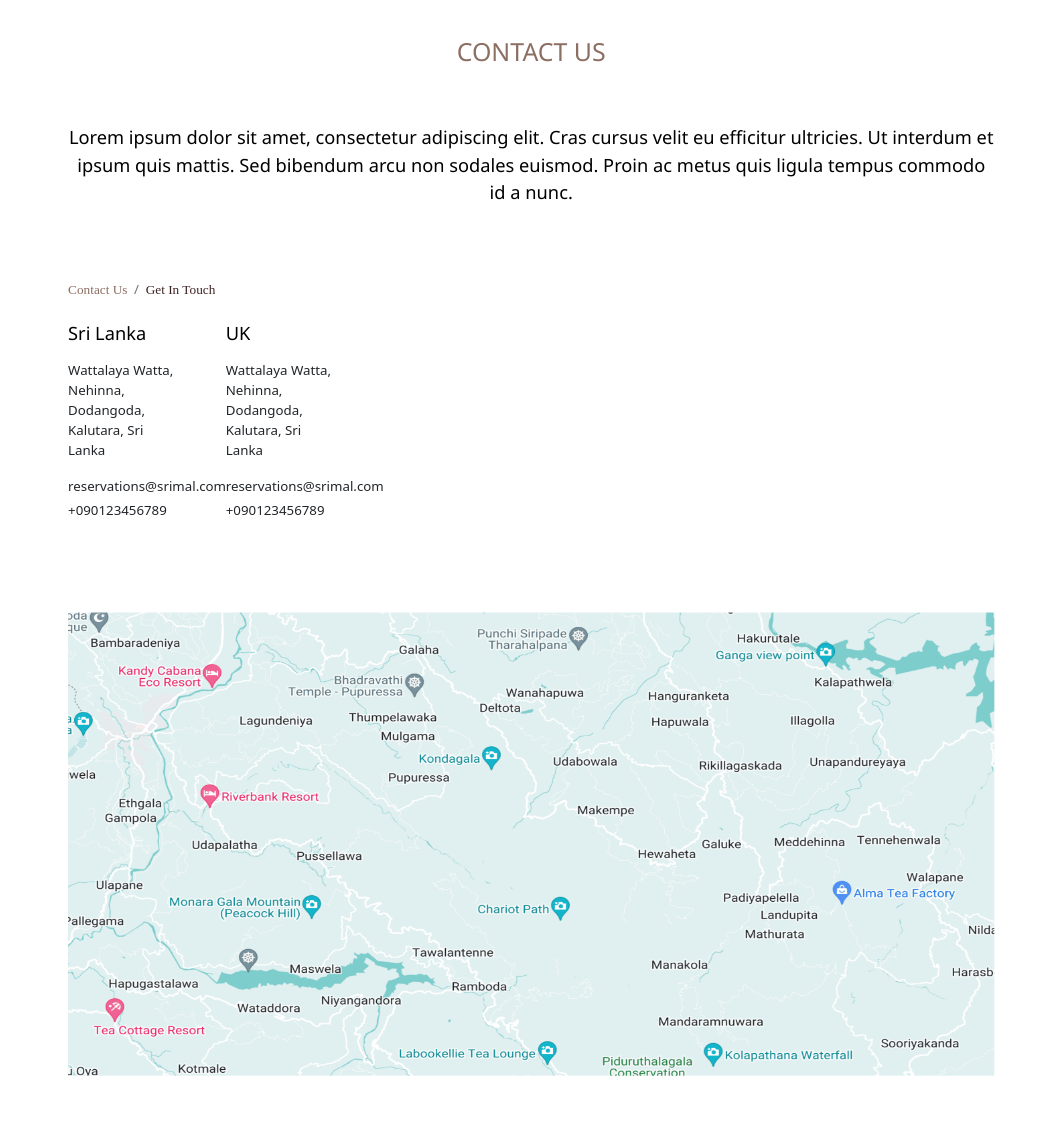
Repository: kaushalyaweerakoon/Plantation-Villa
Page: contact-us.html
These files come from the project's save history. The page is drawn as it stood at one moment and after the next save; the edit follows.
The browser window is 1280 px wide. The pictures show the whole page, at 83% of full size.
Some web fonts or font styles are not loaded; a fallback is used.

Above is the page before, as saved 2022-08-15 12:08:51.
Not found: assets/js/main.js

After the next save:
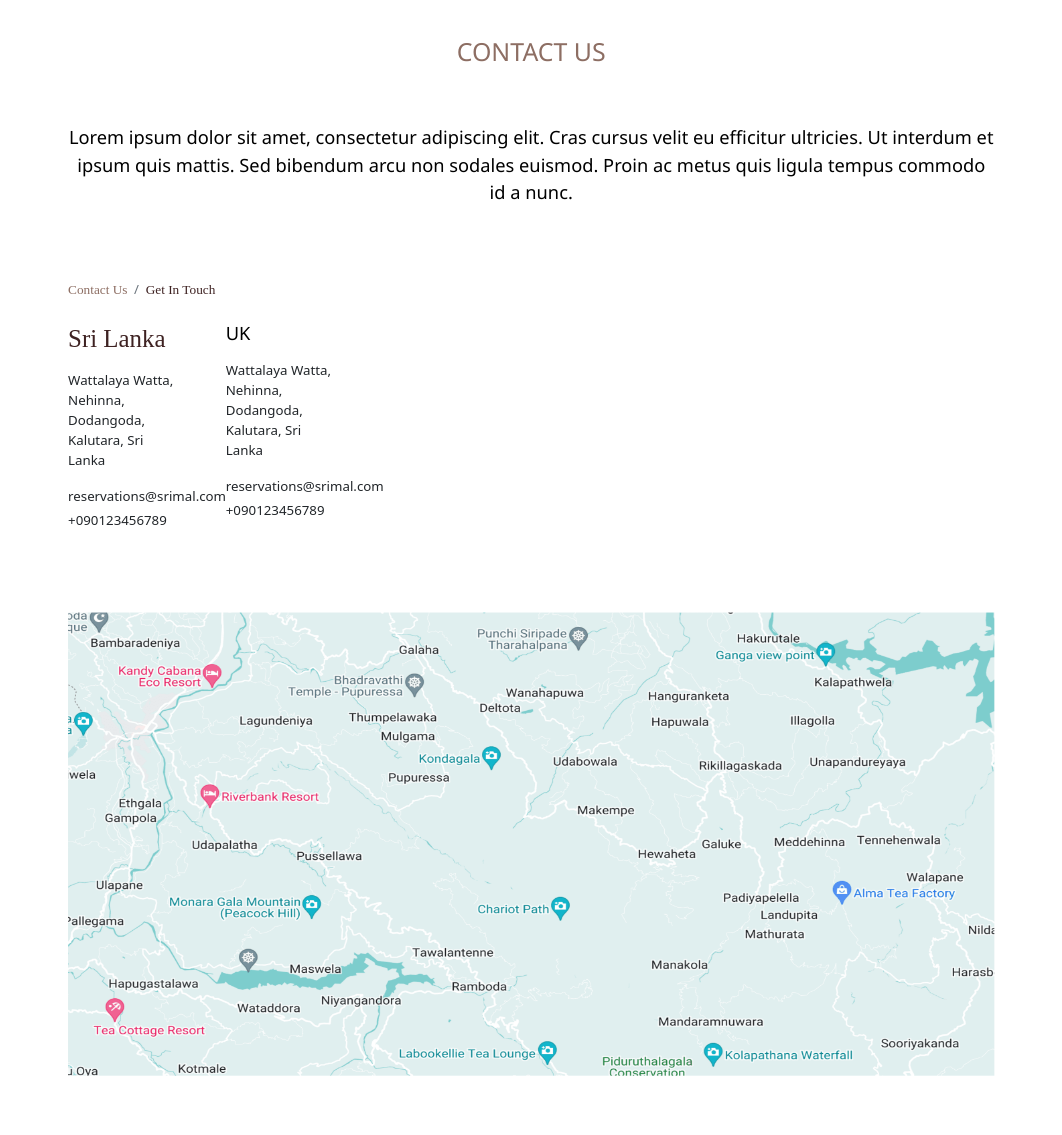
Saved 4 s later.
--- a/contact-us.html
+++ b/contact-us.html
@@ -60,7 +60,7 @@
         <div class="col-md-4 col-xl-2 pe-xl-5 order-1">
 
             <div class="col col-xl-12">
-                <p class="country text">Sri Lanka</p>
+                <p class="country-text">Sri Lanka</p>
                 <p class="">Wattalaya Watta,
                     Nehinna, Dodangoda,
                     Kalutara, Sri Lanka</p>
